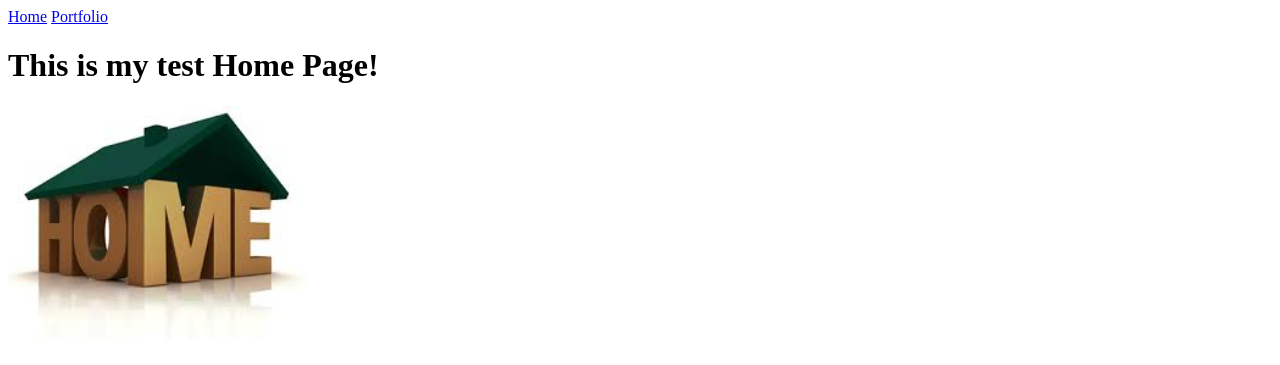
Repository: ashleykbc/aking1286.github.io
Page: my_website/index.html
The author's editor kept a record of every edit. The page is drawn from the files as they stood at one moment, then again after the next edit.
The browser window is 1280 px wide. The pictures show the whole page.

Above is the page before.

### my_website/index.html
<!doctype html>
<html lang="en">
  <head>
    <meta charset="utf-8">
    <title>Home</title>
  </head>
  <body>
    <a href="index.html">Home</a>
    <a href="portfolio.html">Portfolio</a>
    <h1>This is my test Home Page!</h1>
    <img src="images/home.jpg" height="250">
  </body>
</html>

After the next edit:
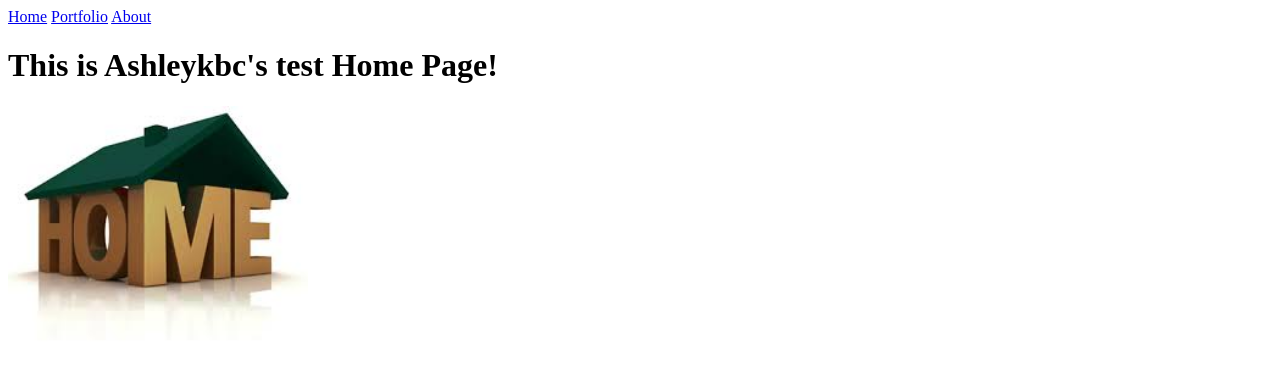
The edit:
--- a/my_website/index.html
+++ b/my_website/index.html
@@ -7,7 +7,8 @@
   <body>
     <a href="index.html">Home</a>
     <a href="portfolio.html">Portfolio</a>
-    <h1>This is my test Home Page!</h1>
+       <a href="about.html">About</a>
+    <h1>This is Ashleykbc's test Home Page!</h1>
     <img src="images/home.jpg" height="250">
   </body>
 </html>
